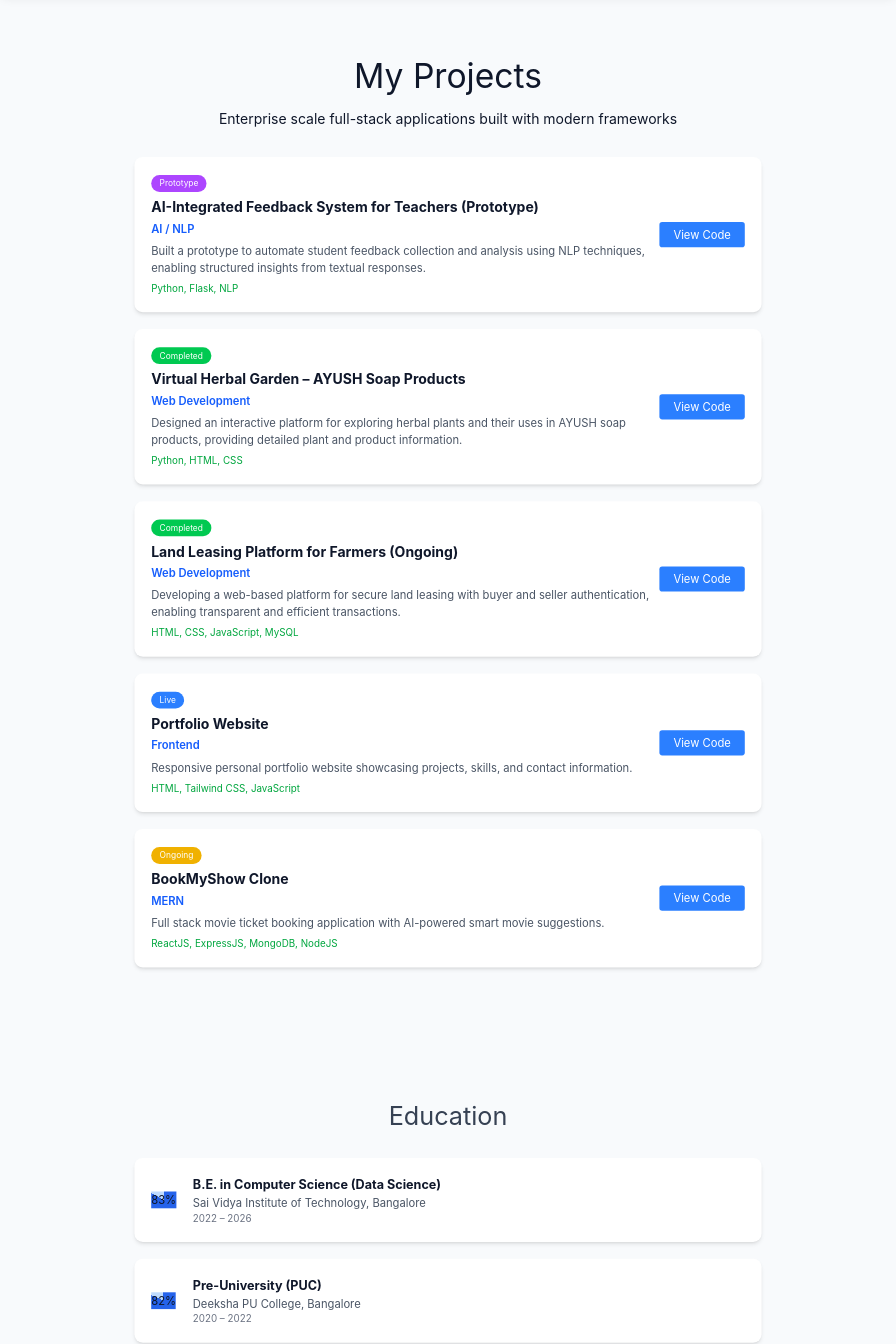
Repository: Rhaashee/myProfile
Page: index.html
These files come from the project's save history. The page is drawn as it stood at one moment and after the next save; the edit follows.
The browser window is 1280 px wide. The pictures show the part of the page from y = 813 to 2733 px (the page is 3851 px tall before and 4169 px after), at 70% of full size.

Above is the page before, as saved 2026-05-06 09:12:28.
Console error: SyntaxError: Identifier 'projectsData' has already been declared

After the next save:
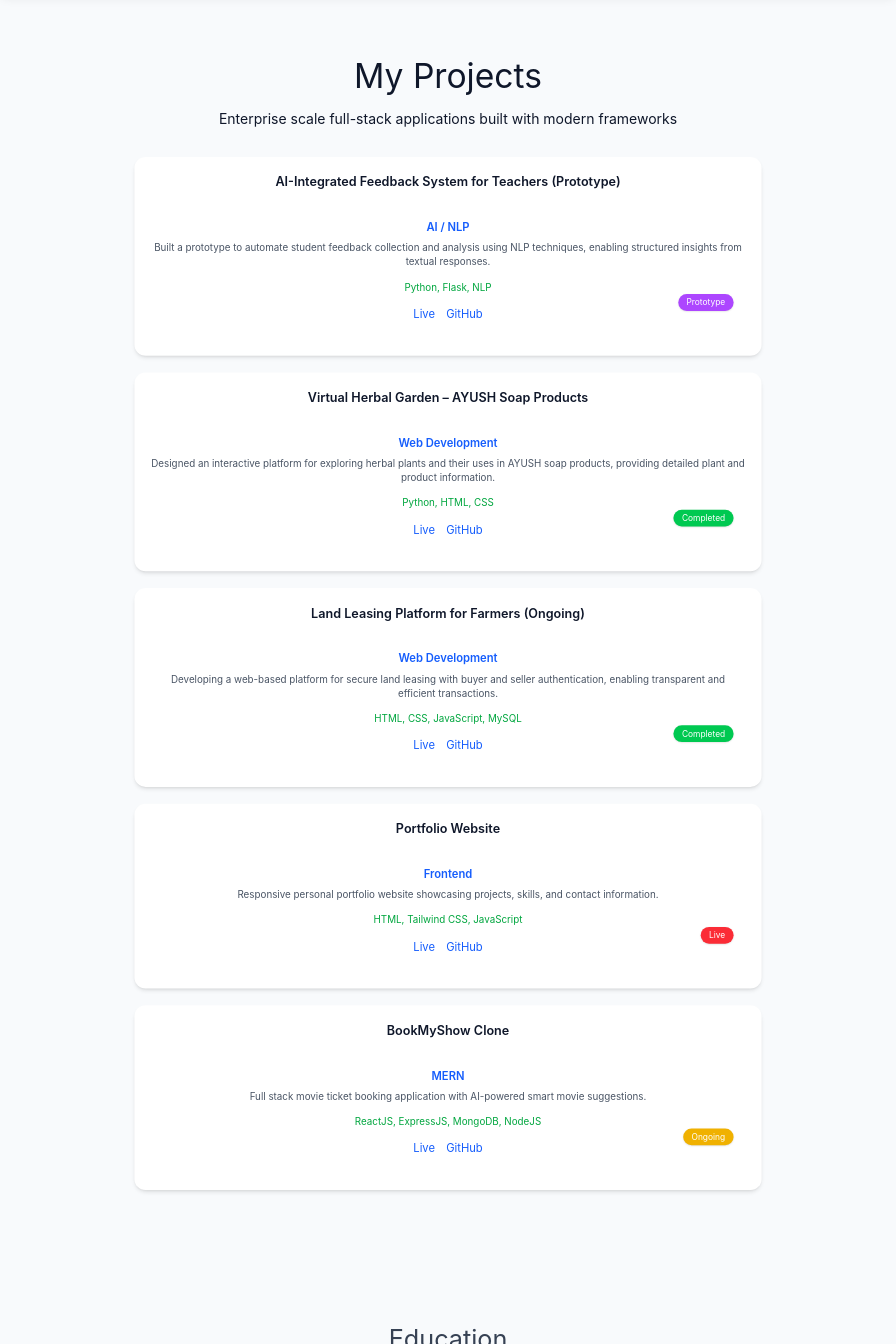
Saved 44 s later.
--- a/js/features/project-filter.js
+++ b/js/features/project-filter.js
@@ -1,71 +1,88 @@
+// RENDER + FILTER UI
 function renderProjects(projects) {
     const container = document.getElementById("projects-container");
-
-    if (!container) return;
-
     container.innerHTML = "";
 
     projects.forEach((project) => {
 
-        // MAIN CARD
         const card = document.createElement("div");
         card.className =
-            "flex flex-col md:flex-row justify-between items-start md:items-center bg-white dark:bg-blue-50 p-6 rounded-xl shadow-md hover:shadow-lg transition";
+            "bg-white rounded-2xl shadow-md p-6 pb-12 text-center hover:shadow-xl transition";
 
-        // LEFT SECTION
-        const left = document.createElement("div");
-        left.className = "flex-1";
+        const wrapper = document.createElement("div");
+        wrapper.className = "relative";
 
-        // STATUS BADGE
-        const status = document.createElement("span");
-        status.className =
-            "inline-block text-xs px-3 py-1 rounded-full mb-2";
+        // Status badge (bottom-right)
+        const badge = document.createElement("span");
+        badge.className =
+            "absolute bottom-4 right-4 text-white text-xs px-3 py-1 rounded-full shadow";
 
-        if (project.status === "Completed") status.classList.add("bg-green-500", "text-white");
-        else if (project.status === "Ongoing") status.classList.add("bg-yellow-500", "text-white");
-        else if (project.status === "Prototype") status.classList.add("bg-purple-500", "text-white");
-        else status.classList.add("bg-blue-500", "text-white");
+        // status color
+        if (project.status === "Completed") badge.classList.add("bg-green-500");
+        else if (project.status === "Ongoing") badge.classList.add("bg-yellow-500");
+        else if (project.status === "Prototype") badge.classList.add("bg-purple-500");
+        else badge.classList.add("bg-red-500");
 
-        status.textContent = project.status;
+        badge.textContent = project.status;
 
-        // TITLE
         const title = document.createElement("h2");
-        title.className = "text-xl font-bold mb-1";
+        title.className =
+            "text-lg font-semibold mb-2 leading-snug h-14 overflow-hidden line-clamp-2";
         title.textContent = project.name;
 
-        // CATEGORY
         const category = document.createElement("p");
         category.className = "text-blue-600 font-semibold mb-2";
         category.textContent = project.category;
 
-        // DESCRIPTION
         const desc = document.createElement("p");
-        desc.className = "text-gray-600 mb-2";
+        desc.className = "text-gray-600 text-sm mb-4";
         desc.textContent = project.description;
 
-        // TECH
         const tech = document.createElement("p");
-        tech.className = "text-green-600 text-sm";
+        tech.className = "text-green-600 text-sm mb-4";
         tech.textContent = project.technologies.join(", ");
 
-        left.append(status, title, category, desc, tech);
+        const links = document.createElement("div");
+        links.className = "flex justify-center gap-4";
 
-        // RIGHT SECTION
-        const right = document.createElement("div");
-        right.className = "mt-4 md:mt-0";
+        const live = document.createElement("a");
+        live.href = project.liveDemo;
+        live.textContent = "Live";
+        live.className = "text-blue-600 hover:underline";
 
-        const githubBtn = document.createElement("a");
-        githubBtn.href = project.github || "#";
-        githubBtn.target = "_blank";
-        githubBtn.textContent = "View Code";
+        const github = document.createElement("a");
+        github.href = project.github;
+        github.textContent = "GitHub";
+        github.className = "text-blue-600 hover:underline";
 
-        githubBtn.className =
-            "bg-blue-500 text-white px-5 py-2 rounded hover:bg-blue-600 transition";
+        links.append(live, github);
 
-        right.appendChild(githubBtn);
-
-        // FINAL
-        card.append(left, right);
+        wrapper.append(badge, title, category, desc, tech, links);
+        card.appendChild(wrapper);
         container.appendChild(card);
     });
 }
+
+// FILTER BUTTONS
+function renderFilters() {
+    const filterContainer = document.getElementById("project-filters");
+
+    const categories = ["All", ...new Set(projectsData.map(p => p.category))];
+
+    categories.forEach((cat) => {
+        const btn = document.createElement("button");
+        btn.textContent = cat;
+        btn.className =
+            "px-4 py-2 border rounded hover:bg-blue-500 hover:text-white";
+
+        btn.addEventListener("click", () => {
+            if (cat === "All") renderProjects(projectsData);
+            else {
+                const filtered = projectsData.filter(p => p.category === cat);
+                renderProjects(filtered);
+            }
+        });
+
+        filterContainer.appendChild(btn);
+    });
+}
